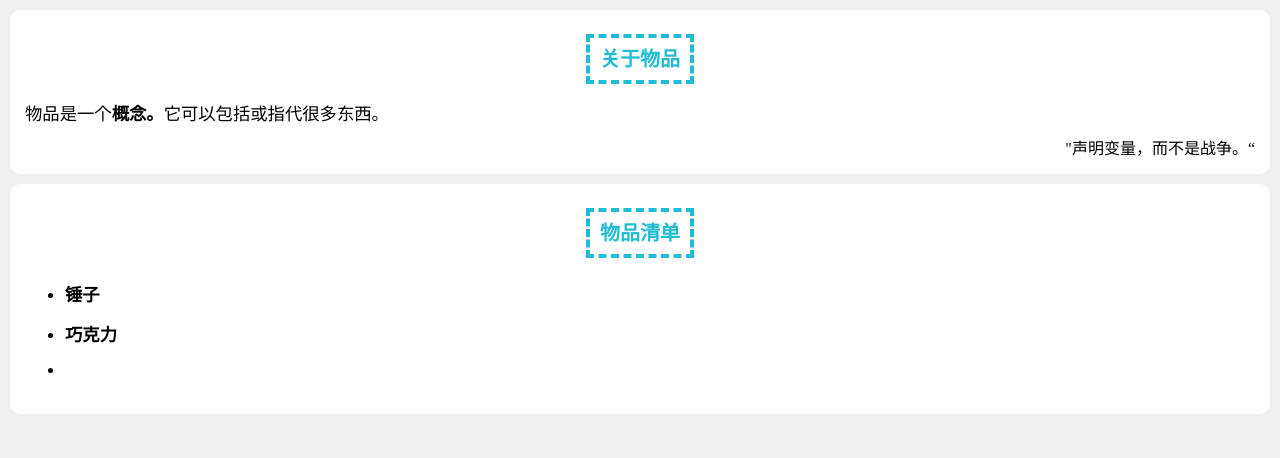
Repository: Yeyuehuke/Webstudy-Feidian
Page: 01-HTMLlearning/02-HTMLBasics/10-BlogProkectMySkills.html
An editor plug-in stored every save of this project. The page is shown before and after the next save, followed by the edit.
The browser window is 1280 px wide. The pictures show the whole page.

Above is the page before, as saved 2020-05-17 15:00:38.

After the next save:
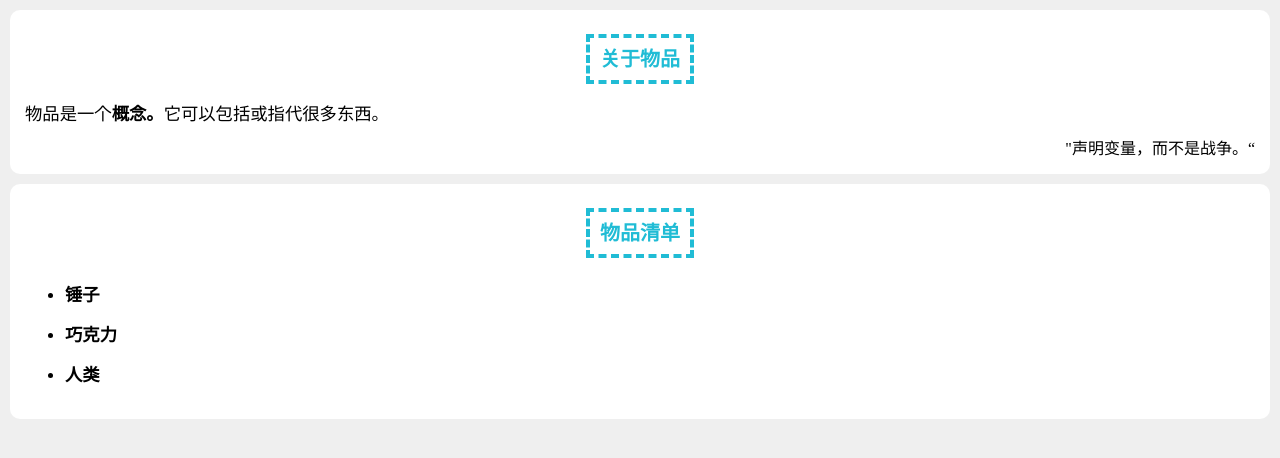
Saved 8 s later.
--- a/01-HTMLlearning/02-HTMLBasics/10-BlogProkectMySkills.html
+++ b/01-HTMLlearning/02-HTMLBasics/10-BlogProkectMySkills.html
@@ -16,7 +16,7 @@
             <ul>
                 <li>锤子</li>
                 <li>巧克力</li>
-                <li></li>
+                <li>人类</li>
             </ul>
         </div>
     </body>
